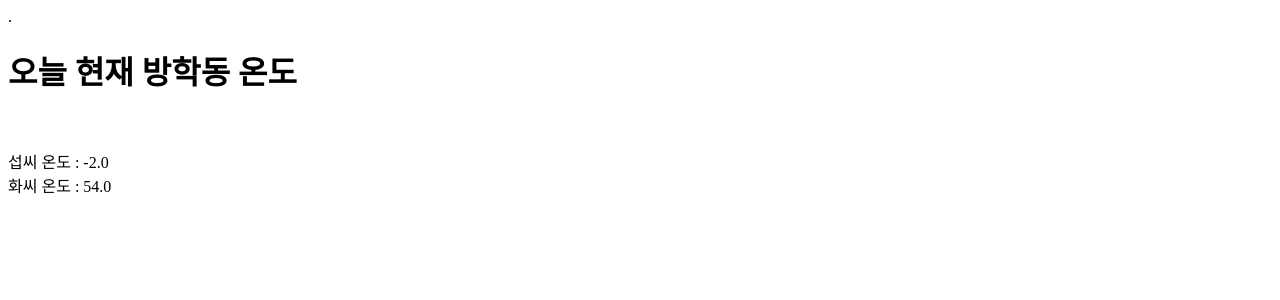
Repository: jjjjjjji-hun/jsp_practice
Page: http://localhost/JSPBasic/jspTag/TagQ04.jsp
An editor plug-in stored every save of this project. The page is shown before and after the next save, followed by the edit.
The browser window is 1280 px wide. The pictures show the whole page.
The page is served by Tomcat 9.

Above is the page before, as saved 2022-02-03 02:30:16.

After the next save:
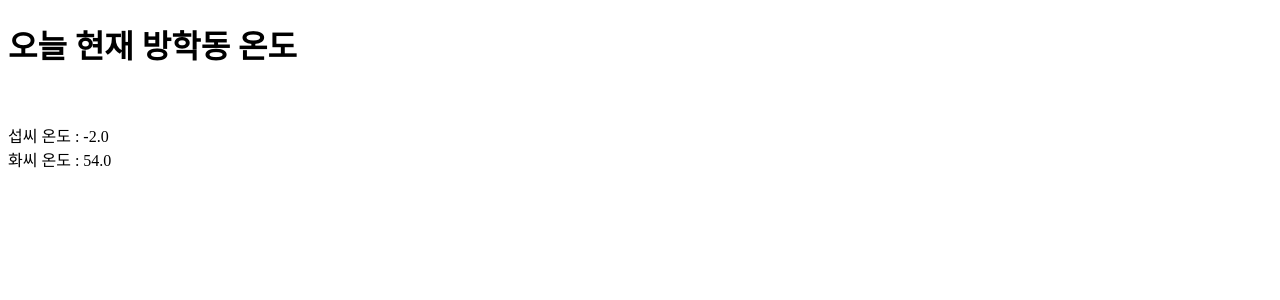
Saved 18 s later.
--- a/JSPBasic/src/main/webapp/jspTag/TagQ04.jsp
+++ b/JSPBasic/src/main/webapp/jspTag/TagQ04.jsp
@@ -1,5 +1,5 @@
 
-.<%@ page language="java" contentType="text/html; charset=UTF-8"
+<%@ page language="java" contentType="text/html; charset=UTF-8"
     pageEncoding="UTF-8"%>
 <!DOCTYPE html>
 <html>
